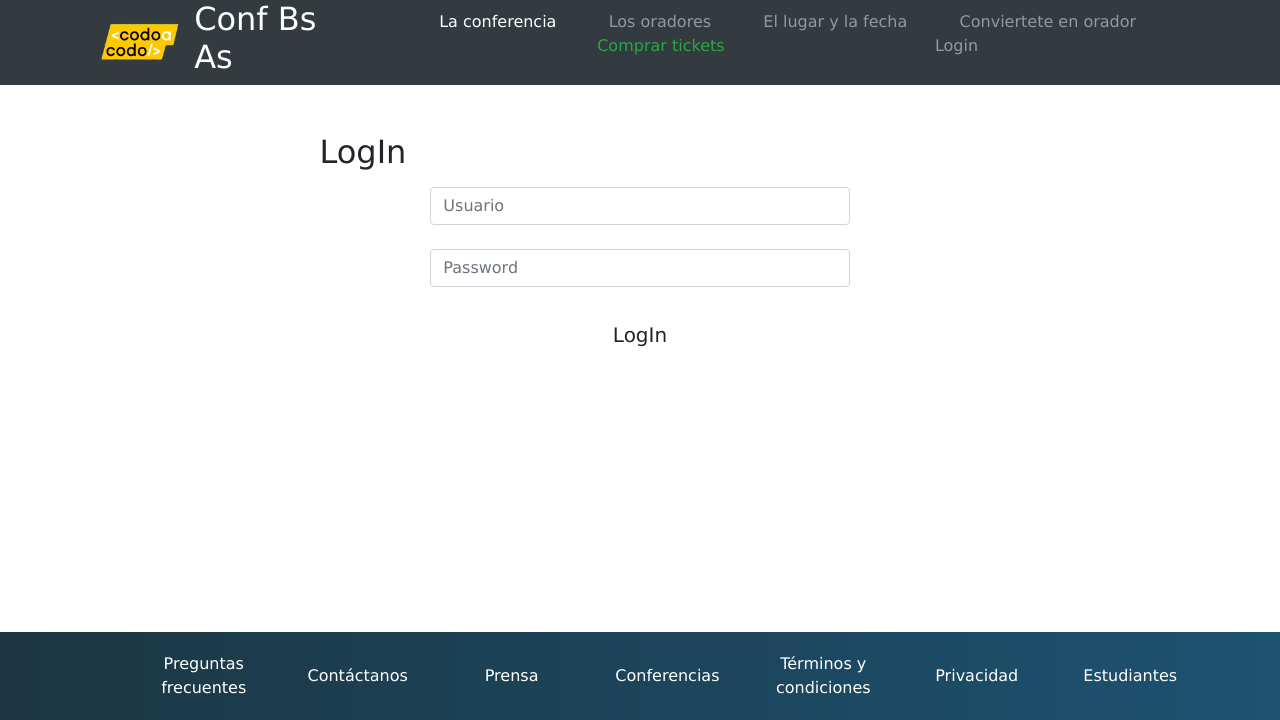
Repository: carolinaeramirez/tpntegrador_cac_23552
Page: http://localhost/integrador_cac/login.jsp
These files come from the project's save history. The page is drawn as it stood at one moment and after the next save; the edit follows.
The browser window is 1280 px wide. The pictures show the whole page.
The page is served by Tomcat 9.

Above is the page before, as saved 2023-12-11 01:04:55.

After the next save:
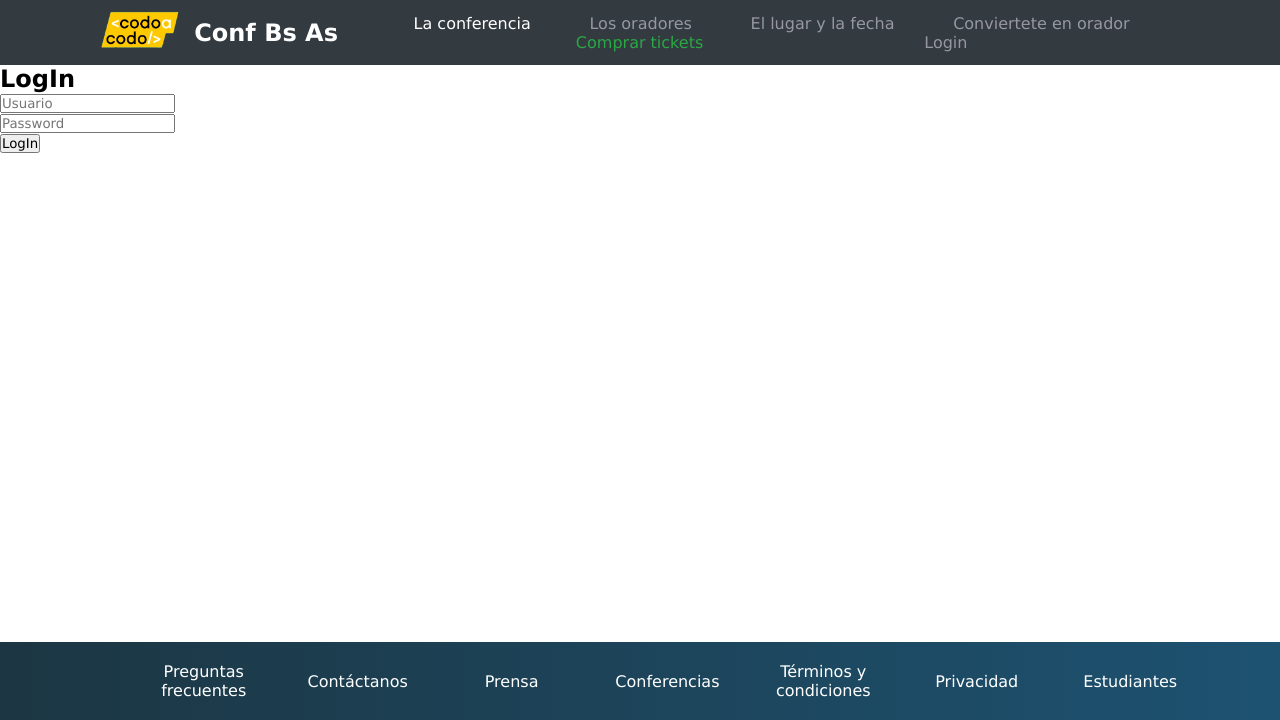
Saved 13 s later.
--- a/integrador_cac/src/main/webapp/login.jsp
+++ b/integrador_cac/src/main/webapp/login.jsp
@@ -16,12 +16,7 @@
       href="./assets/img/favicon.ico"
       type="image/x-icon"
     />
-    <link
-      href="https://cdn.jsdelivr.net/npm/bootstrap@5.0.2/dist/css/bootstrap.min.css"
-      rel="stylesheet"
-      integrity="sha384-EVSTQN3/azprG1Anm3QDgpJLIm9Nao0Yz1ztcQTwFspd3yD65VohhpuuCOmLASjC"
-      crossorigin="anonymous"
-    />
+
     <link rel="stylesheet" href="./css/estilos.css" />
 	  <title>Trabajo Integrador</title>
 

After the save that followed:
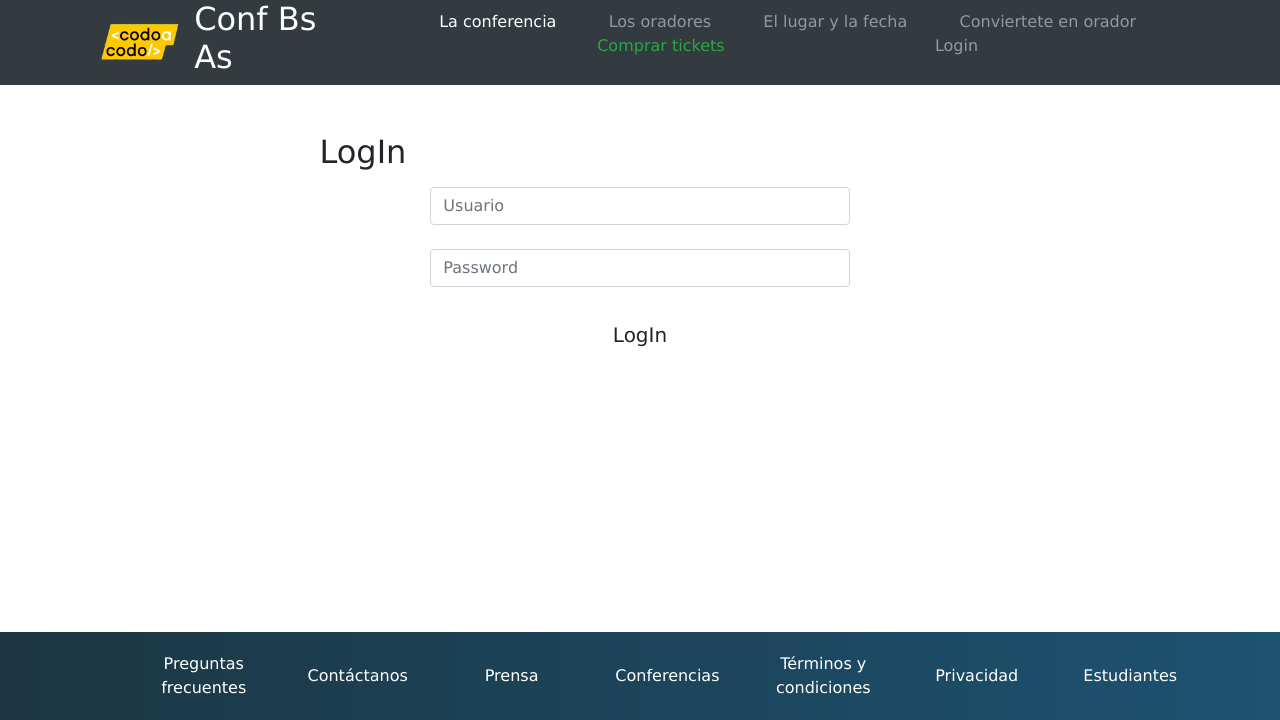
Saved 9 s later.
--- a/integrador_cac/src/main/webapp/login.jsp
+++ b/integrador_cac/src/main/webapp/login.jsp
@@ -16,7 +16,12 @@
       href="./assets/img/favicon.ico"
       type="image/x-icon"
     />
-
+    <link
+      href="https://cdn.jsdelivr.net/npm/bootstrap@5.0.2/dist/css/bootstrap.min.css"
+      rel="stylesheet"
+      integrity="sha384-EVSTQN3/azprG1Anm3QDgpJLIm9Nao0Yz1ztcQTwFspd3yD65VohhpuuCOmLASjC"
+      crossorigin="anonymous"
+    />
     <link rel="stylesheet" href="./css/estilos.css" />
 	  <title>Trabajo Integrador</title>
 
